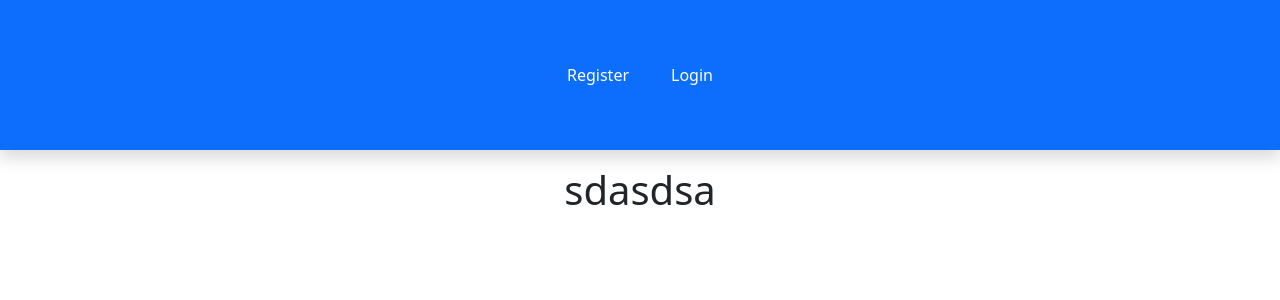
Repository: loveleii/firebase-login-logout
Page: /
These files come from the project's save history. The page is drawn as it stood at one moment and after a run of saves; the edit follows.
The browser window is 1280 px wide. The pictures show the whole page.
The project was rebuilt for these pictures with package versions that can differ from the ones it lists, and the page was loaded fresh each time. Also part of the build but not shown: vite.config.ts, src/views/loginView.vue, src/assets/main.css.

Above is the page before, as saved 2023-03-04 19:30:05.

After the next 3 saves:
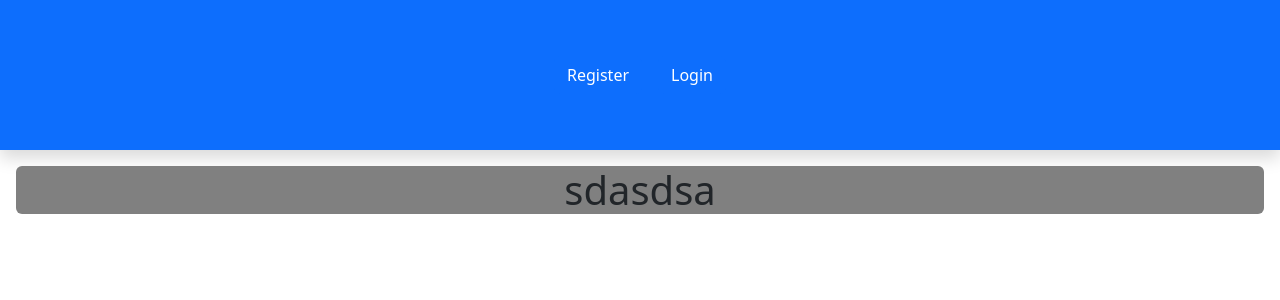
The 3 saves are shown as one change because they came seconds apart.
The last was saved 10 s later.
--- a/src/App.vue
+++ b/src/App.vue
@@ -14,7 +14,7 @@
             </div>
         </header>
     </div>
-    <div class="center-container m-3 rounded text-center" style="">
+    <div class="center-container m-3 rounded text-center" style="background-color:gray;">
       <RouterView />
     </div>
 

After the save that followed:
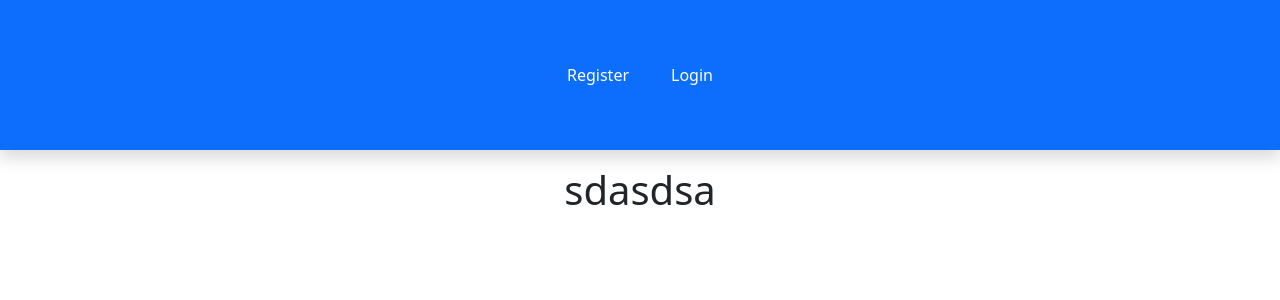
Saved 7 s later.
--- a/src/App.vue
+++ b/src/App.vue
@@ -14,7 +14,7 @@
             </div>
         </header>
     </div>
-    <div class="center-container m-3 rounded text-center" style="background-color:gray;">
+    <div class="center-container m-3 rounded text-center">
       <RouterView />
     </div>
 
